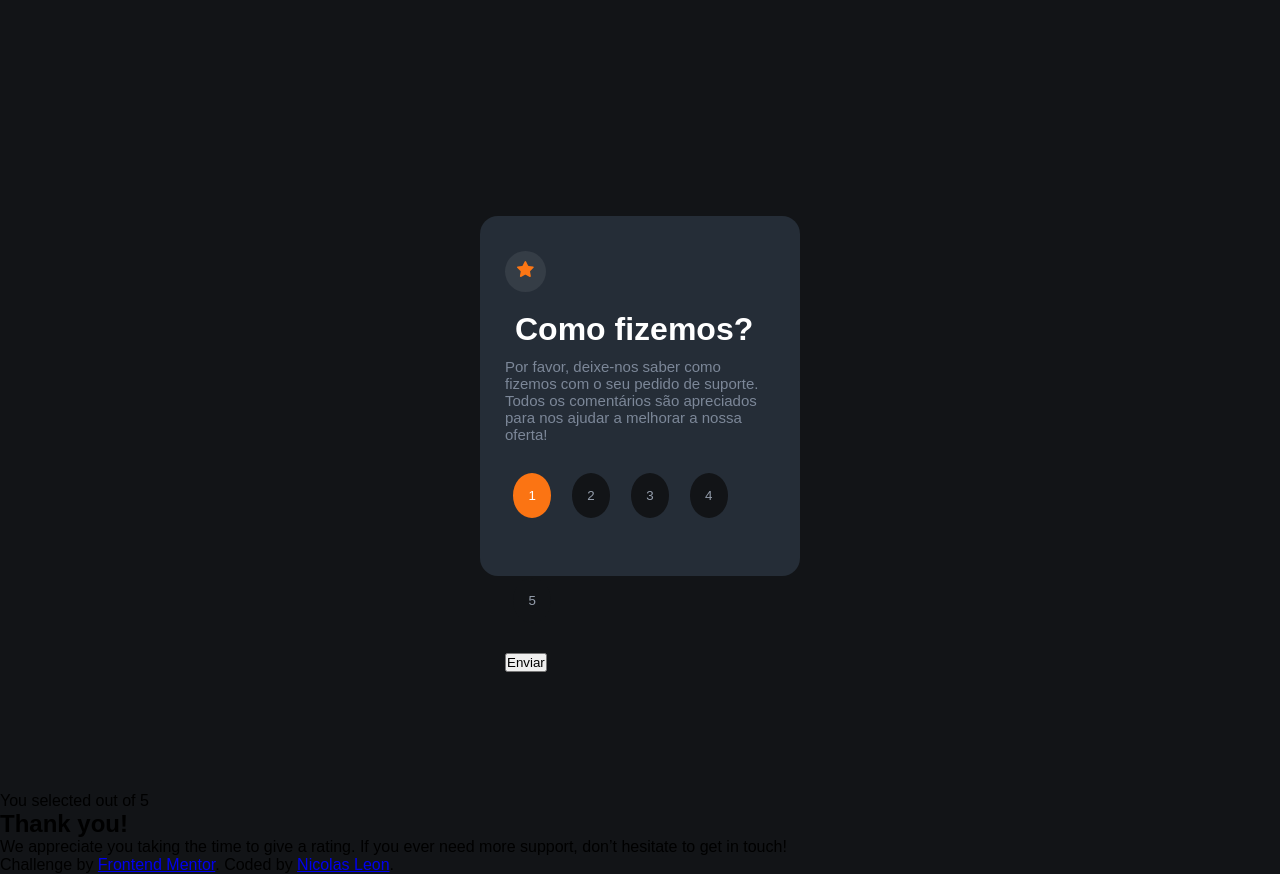
Repository: Leonngc/projeto-avaliacao
Page: index.html
The author's editor kept a copy of each file at every save. The page is drawn from the files as they stood at one save, then again after the next save.
The browser window is 1280 px wide. The pictures show the whole page.
The first visible `#avaliation-btns input` is being pressed.

Above is the page before, as saved 2023-01-26 11:47:25.

After the next save:
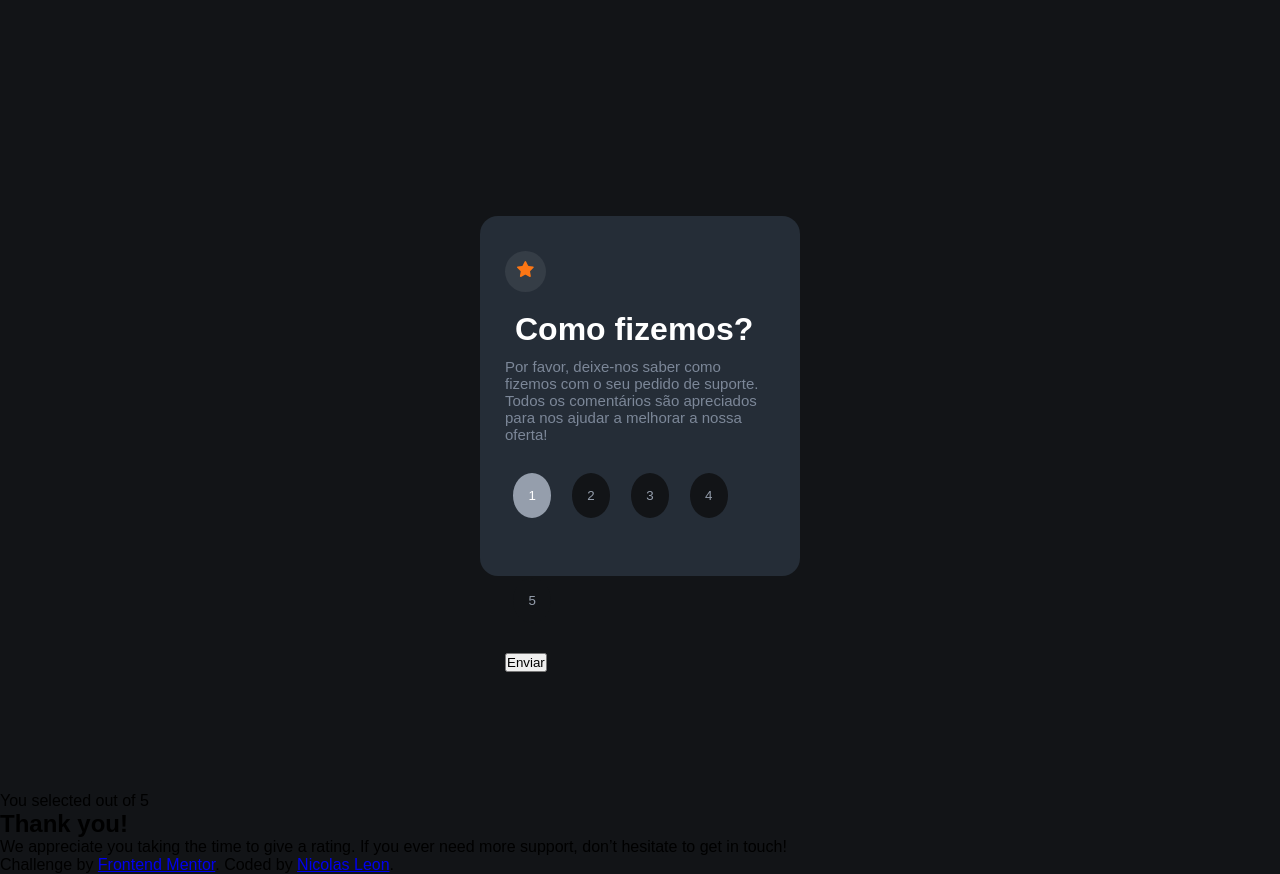
Saved 4 s later.
--- a/styles/style.css
+++ b/styles/style.css
@@ -63,5 +63,5 @@ span > img{
     color:white;
 }
 #avaliation-btns input:active{
-    background-color: var(--light-grey;
+    background-color: var(--light-grey);
 }
